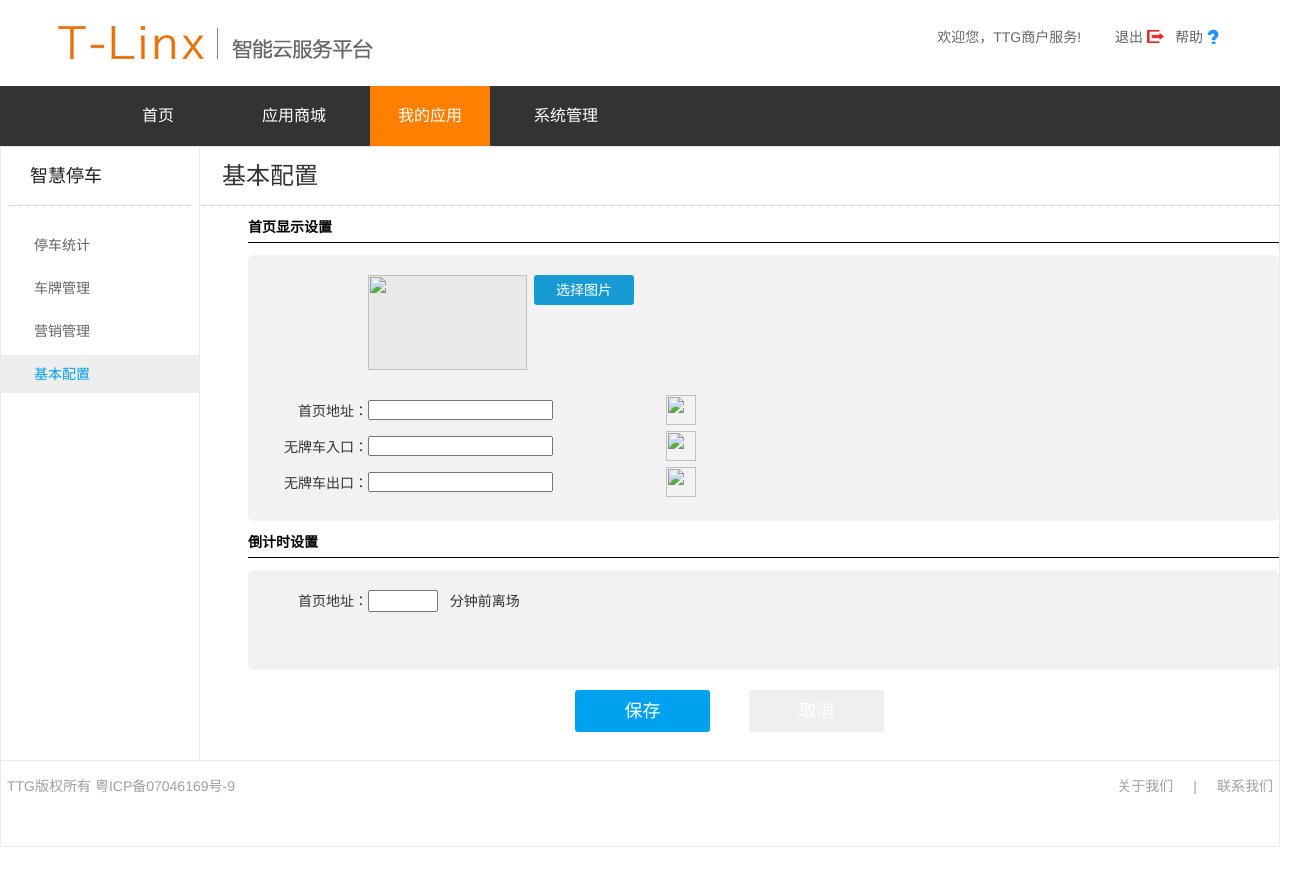
Repository: Keori/ParkCar
Page: admin/商户云/智慧停车/Basic.html
These files come from the project's save history. The page is drawn as it stood at one moment and after the next save; the edit follows.
The browser window is 1280 px wide. The page is 1293 px wide, so the pictures cover 1293 px, including what lies to the right of the window. The pictures show the whole page.
The page's requests for data from a server got no answer.

Above is the page before, as saved 2018-12-26 09:50:56.

### admin/商户云/智慧停车/Basic.html
<!DOCTYPE html>
<html lang="en">
<head>
    <meta charset="utf-8">
    <meta name="viewport" content="initial-scale=1.0,width=device-width" />
    <meta name="keywords" content="" />
    <meta name="description" content="" />
    <title>会员卡</title>
    <link href="../css/reset.css" type="text/css" rel="stylesheet"/>
    <link href="../css/layout.css" type="text/css" rel="stylesheet"/>
    <script type="text/javascript" src="../js/jquery-3.1.1.min.js"></script>
    <script type="text/javascript" src="../js/vue.js"></script>
</head>
<body>
<header class="header index_header">
    <div class="top w1170">
        <div class="logo"><i></i><img src="../images/logo.jpg" alt=""/></div>
        <div class="top_right">欢迎您，TTG商户服务! <span class="icon out_icon"><a href="">退出<code></code></a></span><span class="icon help_icon"><a href="">帮助<code></code></a></span></div>
    </div>
    <menu class="menu">
        <div class="w1170">
            <ul>
                <li><a href="">首页</a></li>
                <li><a href="">应用商城</a></li>
                <li class="on"><a href="">我的应用</a></li>
                <li><a href="">系统管理</a></li>
            </ul>
        </div>
    </menu>
</header>
<section id="content" class="content content1170">
    <aside class="left_con">
        <div class="left_con_tit borderb">智慧停车</div>

        <ul>
            <li><a href="ParkComputed.html">停车统计</a></li>
            <li><a href="ParkManage.html">车牌管理</a></li>
            <li>
                <h1><a class='pagetitle' href="javascript:;" @click='ManageType'>营销管理</a><i></i></a>
                <div class='secondary' v-show='type'>
                    <h2 :class="{active:changeGray===1}" @click='change(1)'>
                        <a class='nextselect' href="Manage.html">
                            <span class='blockText'>模板类型</span>
                        </a>
                    </h2>
                    <h2 :class="{active:changeGray===2}" @click='change(2)'>
                        <a class='nextselect' href="Manage2.html">
                            <span class='blockText'>广告类型</span>
                        </a>
                    </h2>
                </div>
            </li>
            <li class="on"><a href="">基本配置</a></li>
        </ul>
    </aside>
    <section id="boxRight" class="boxRight">
        <div class="boxRight_tit f1 borderb">基本配置</div>
        <div class="block">
            <div class="borderc">
                <h1>首页显示设置</h1>
            </div>
            <div class="middle-block">
                <article class="boxRightCon">
                    <ul class="sel_mod">
                        <li>
                            <span class="name sel_th2"></span>
                            <div class="selectionDisplay" id="preview"><img :src="InfoUpdate.Imgshow" alt=""></div>
                            <!--  -->
                            <div class="formInlineBlock jb_btn filePic"><input @change="upImg($event,'front')" name="file" type="file" id="filepic" value='' accept="image/png, image/jpeg, image/gif, image/jpg"/><label for="filepic" class="changeColor" >选择图片</label></div></li>
                        </li>
                        <li class="None">
                            <span>首页地址：</span><input type="text" :placeholder='UserDetails.attr1Url' v-model='InfoUpdate.attr1Url'>
                            <span><img :src="QRcode" alt="" :class="{'active':isChoose===1}" @click='imgScc(1)'/></span>
                        </li>
                        <li class="None">
                            <span>无牌车入口：</span><input type="text" :placeholder='UserDetails.attr2Url' v-model='InfoUpdate.attr2Url'>
                            <span><img :src="QRcode" alt="" :class="{'active':isChoose===2}" @click='imgScc(2)'/></span>
                        </li>
                        <li class="None">
                            <span>无牌车出口：</span><input type="text" :placeholder='UserDetails.attr3Url' v-model='InfoUpdate.attr3Url'>
                            <span><img :src="QRcode" alt="" :class="{'active':isChoose===3}" @click='imgScc(3)'/></span>
                        </li>
                    </ul>
                    <div class="clear"></div>
                </article>
            </div>
        </div>
        <div class="block">
            <div class="borderc">
                <h1>倒计时设置</h1>
            </div>
            <div class="middle-block1">
                <article class="boxRightCon">
                    <ul class="sel_mod">
                        <li class="None">
                            <span>首页地址：</span><input class="short" type="text" :placeholder="UserDetails.countdownTime" v-model='InfoUpdate.countdownTime'/>&nbsp&nbsp&nbsp<p>分钟前离场</p>
                        </li>
                    </ul>
                    <div class="clear"></div>
                </article>
            </div>
        </div>
        <div class="vip_btn center">
            <div class="btn fabu_btn"><input name="button" type="button" value="保存" @click='saveUpdata'/></div>
            <div class="btn save_btn"><input name="button" type="button" value="取消"/></div>
        </div>
        <div class='tire' v-if='hide'>
            <div class='blockTire'>
                <div class='headers'><a href="javascript:;" @click='sure'><span><img src="../images/fork2.png" alt=""></span></a></div>
                <div class='middles'>已存档</div>
                <div class='footers' @click='sure'><a href="javascript:;">确认</a></div>
            </div>
        </div>
    </section>
    <footer class="footer">
        <div class="w1000">
            <p class="footer_a fl">TTG版权所有   粤ICP备07046169号-9</p>
            <p class="footer_b fr"><a href="">关于我们</a>|<a href="">联系我们</a></p>
        </div>
    </footer>
</section>
<script type="text/javascript">
new Vue({
    el: '#content',
    data(){
        return{
            hide: false,
            isChoose: [],
            changeGray: '',
            type: false,
            QRcode: '',
            UserDetails: [],
            revisionUser: [],
            update: [],
            Img: '',
            formData: new FormData(),
            InfoUpdate:{
                id: '',
                attr1Url: '',
                attr2Url: '',
                attr3Url: '',
                countdownTime: '',
                Imgshow: '',
            }
        }
    },
    methods:{
        sure(){
            this.hide = false
        },
        imgScc(num) {
            this.isChoose = num
        },
        ManageType(){
            if(this.type === false){
                this.type = true
            }else{
                this.type = false
            }
        },
        change(num){
            this.changeGray = num
        },
        saveUpdata(){
            let params = JSON.stringify(this.InfoUpdate)
            //商户基本配置UPDATE
            $.ajax({
                url: 'http://q214e81040.iask.in:32642/merchant/setting/update',
                type: 'patch',
                contentType: 'application/json;charset=uft-8',
                data: params,
                statusCode:{
                    404:() => {
                        alert('网络错误')
                    }
                },
                success:(params) => {
                    this.update = params
                    this.hide = true
                }
            })
        },
        upImg($event,type){
				var that = this;
				// 阻止默认事件
				event.preventDefault();
				var file = event.target.files[0];
				var percentage;
				if(file.size > 52428800) {
					return false;
				} else if(file.size < 51200) {
					percentage = .7
				} else if(file.size > 307200) {
					percentage = .4
				} else {
					percentage = .5
				}
				var reader = new FileReader();
				reader.readAsDataURL(file);
				reader.onload = function(e) {
					var canvas = document.createElement('canvas');
					var cxt = canvas.getContext('2d');
					var img = new Image();
					img.src = this.result;
					img.onload = function() {
						var w = img.width;
						var h = img.height;
						canvas.width = w;
						canvas.height = h;
						cxt.drawImage(img, 0, 0, w, h);
						//获取base64路径
						var basestr = canvas.toDataURL(file.type, percentage);
						var text = window.atob(basestr.split(",")[1]);
						var buffer = new Uint8Array(text.length);
						for(var i = 0; i < text.length; i++) {
							buffer[i] = text.charCodeAt(i);
						}
						var blob = getBlob([buffer], file.type);
						that.formData.set('file',blob,file.name); //传文件到formdata
						var Form = that.formData;
                        $.ajax({
                            url:'http://q214e81040.iask.in:32642/sys/util/upload',
                            type: 'post',
                            data: Form,
                            contentType: false,
                            processData: false,
                            statusCode:{
                                404:() => {
                                    alert('网络错误')
                                }
                            },
                            success: (params) => {
                                that.Img = params.data
                                let data1 = JSON.stringify({"filename":that.Img})
                                //工具接口SHOWIMG
                                var url = 'http://q214e81040.iask.in:32642/sys/util/showimg';
                                var xhr = new XMLHttpRequest();
                                xhr.open('post', url, true);
                                xhr.responseType = "blob";
                                xhr.setRequestHeader("Content-type","application/json;charset=UTF-8");
                                xhr.onload = function() {
                                    if (this.status == 200) {
                                        var blob = this.response;
                                        that.InfoUpdate.Imgshow= window.URL.createObjectURL(blob)
                                    }
                                }
                                xhr.send(data1);
                            }
                        })
					}
				}
			},
            blobToDataURL(blob, callback) {
                let a = new FileReader();
                a.onload = function (e) { callback(e.target.result); }
                a.readAsDataURL(blob);
            }
    },
    created(){
        let params = {}
        //商户基本配置INFO
        $.ajax({
            url: 'http://q214e81040.iask.in:32642/merchant/setting/info',
            type: 'get',
            statusCode:{
                404:() => {
                    alert('网络错误')
                }
            },
            success:(params) => {
                this.UserDetails = params.data
                console.log(this.UserDetails);
                //工具接口SHOWQRCODE
                let param = JSON.stringify(this.UserDetails)
                $.ajax({
                    url: 'http://q214e81040.iask.in:32642/sys/util/showqrcode',
                    type: 'get',
                    contentType: 'application/json;charset=uft-8',
                    statusCode:{
                        404:() => {
                            alert('网络错误')
                        }
                    },
                    success:(params) => {
                        this.QRcode = params
                        console.log(this.QRcode)
                    }
                })
            }
        })
    }
})
	/**
	 * 获取blob对象的兼容性写法
	 * @param buffer
	 * @param format
	 * @returns {*}
	 */
    function getBlob(buffer, format) {
		try {
			return new Blob(buffer, {
				type: format
			});
		} catch(e) {
			var bb = new(window.BlobBuilder || window.WebKitBlobBuilder || window.MSBlobBuilder);
			buffer.forEach(function(buf) {
				bb.append(buf);
			});
			return bb.getBlob(format);
		}
	}
</script>
</body>
<style>
.tire{
    position: absolute;
    width: 100%;
    height: 100%;
    top: 0;
    left: 0;
    margin: auto;
    z-index: 999;
}
.blockTire{
    position: absolute;
    width: 404px;
    height: 233px;
    top: 0;
    bottom: 0;
    left: 0;
    right: 0;
    margin: auto;
    border-radius: 5px;
    background: #FFFFFF
}
.headers{
    width: 100%;
    height: 36px;
    line-height: 36px;
    border-radius: 5px 5px 0 0;
    background: -webkit-linear-gradient(top,#169BD5 , #78C3F3)
}
.headers:hover{
    background: rgb(5, 112, 158)
}
.headers span{
    position: absolute;
    display: block;
    width: 23px;
    height: 23px;
    right: 12px;
    line-height: 46px;
}
.headers span>img{
    width: 100%;
    height: 100%;
    transition: all .5s
}
.headers span>img:hover{
    transform: rotateY(360deg);
    transition: all .5s
}
.middles{
    width: 100%;
    height: 150px;
    text-align: center;
    line-height: 150px
}
.footers{
    width: 100%;
    height: 55px;
    text-align: center;
    line-height: 55px;
    border-radius:0 0 5px 5px;
    background: #169BD5;
}
.footers a{
    display: block;
    width: 100%;
    height: 55px;
    color: #FFFFFF;
}
.footers a:hover{
    background: rgb(5, 112, 158)
}
.nextselect{
    font-size: 14px;
}
.active{
    background: #EEEEEE
}
.blockText{
    display: block;
    width: 130px;
    height: 37.6px;
    margin: auto;
}

.block{
    padding: 0 0 0 48px;
}
.None{
    display: flex;
    margin: 0 0 16px 0;
}
.None span{
    display: block;
    width: 100px;
    text-align: right;
}
.None span:nth-of-type(2){
    position: absolute;
    width: 30px;
    height: 30px;
    left: 666px;
}
.None span:nth-of-type(2) img{
    width: 100%;
    height: 100%;
    transform: scale(1);
    transition: all ease 0.5s;
    margin: -5px 0 0 0;
}
.None span:nth-of-type(2) img.active {
    transform: scale(3);
    position: absolute;
    z-index: 100;
}
.short{
    width: 66px;
    height: 18px;
    text-align: center;
}
input::-webkit-input-placeholder{
    color: #000000;
    text-align: center;
    line-height: 18px;
}
h1{
    font-size: 14px;
}
.borderc{
    padding: 10px 0 6px 0;
    border-bottom: 1px solid #000000;
    color: #000000;
}
.middle-block{
    width: 100%;
    height: 266px;
    margin-top: 12px;
    background: #F2F2F2;
    border-radius: 6px;
}
.middle-block1{
    width: 100%;
    height: 100px;
    margin-top: 12px;
    background: #F2F2F2;
    border-radius: 6px;
}
.sel_mod>li:first-child{
    display: flex;
    margin: 0 0 30px 0;
}
.sel_mod a{
    line-height: 25px;
}
.changeColor{
    background: #169BD5 !important;
}
.name{
    display: block;
    width: 100px;
}
.photo{
    display: block;
    width: 200px;
    height: 100px;
    background: rgba(233,233,233,0.6);
    color: #A399A3;
    text-align: center;
    line-height: 100px;
}
.file {
    display: inline-block;
    background: #169BD5;
    border: 1px solid #99D3F5;
    border-radius: 4px;
    padding: 4px 12px;
    overflow: hidden;
    color: #FFFFFF;
    text-decoration: none;
    text-indent: 0;
    line-height: 25px;
    text-align: center;
    margin-left: 12px;
    width: 75px;
    height: 25px;
    font-size: 12px;
}
.file input {
    position: absolute;
    font-size: 100px;
    right: 0;
    top: 0;
    opacity: 0;
}
.file:hover {
    background: #AADFFD;
    border-color: #78C3F3;
    color: #FFFFFF;
    text-decoration: none;
}
</style>
</html>

Loaded but not shown: admin/商户云/js/jquery-3.1.1.min.js (library); admin/商户云/js/vue.js (library); admin/商户云/css/layout.css (845 lines, source omitted); admin/商户云/css/reset.css (322 lines, source omitted)

After the next save:
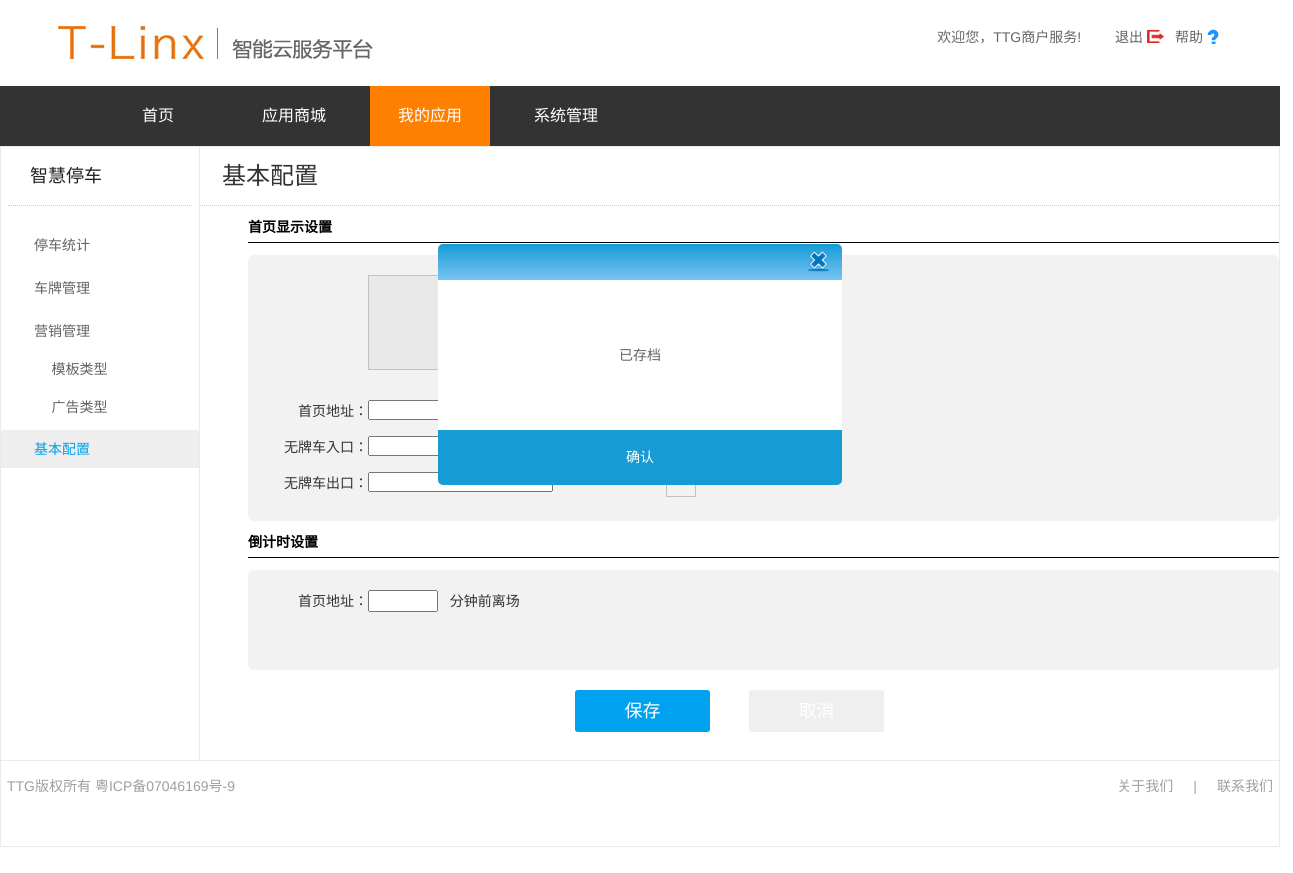
Console error: SyntaxError: Unexpected token ')'
Saved 2 min 39 s later.
--- a/admin/商户云/智慧停车/Basic.html
+++ b/admin/商户云/智慧停车/Basic.html
@@ -268,6 +268,43 @@
                 }
             },
             success:(params) => {
+                var that = this;
+				// 阻止默认事件
+				event.preventDefault();
+				var file = event.target.files[0];
+				var percentage;
+				if(file.size > 52428800) {
+					return false;
+				} else if(file.size < 51200) {
+					percentage = .7
+				} else if(file.size > 307200) {
+					percentage = .4
+				} else {
+					percentage = .5
+				}
+				var reader = new FileReader();
+				reader.readAsDataURL(file);
+				reader.onload = function(e) {
+					var canvas = document.createElement('canvas');
+					var cxt = canvas.getContext('2d');
+					var img = new Image();
+					img.src = this.result;
+					img.onload = function() {
+						var w = img.width;
+						var h = img.height;
+						canvas.width = w;
+						canvas.height = h;
+						cxt.drawImage(img, 0, 0, w, h);
+						//获取base64路径
+						var basestr = canvas.toDataURL(file.type, percentage);
+						var text = window.atob(basestr.split(",")[1]);
+						var buffer = new Uint8Array(text.length);
+						for(var i = 0; i < text.length; i++) {
+							buffer[i] = text.charCodeAt(i);
+						}
+						var blob = getBlob([buffer], file.type);
+						that.formData.set('file',blob,file.name); //传文件到formdata
+						var Form = that.formData;
                 this.UserDetails = params.data
                 console.log(this.UserDetails);
                 //工具接口SHOWQRCODE

After the 2 saves that followed:
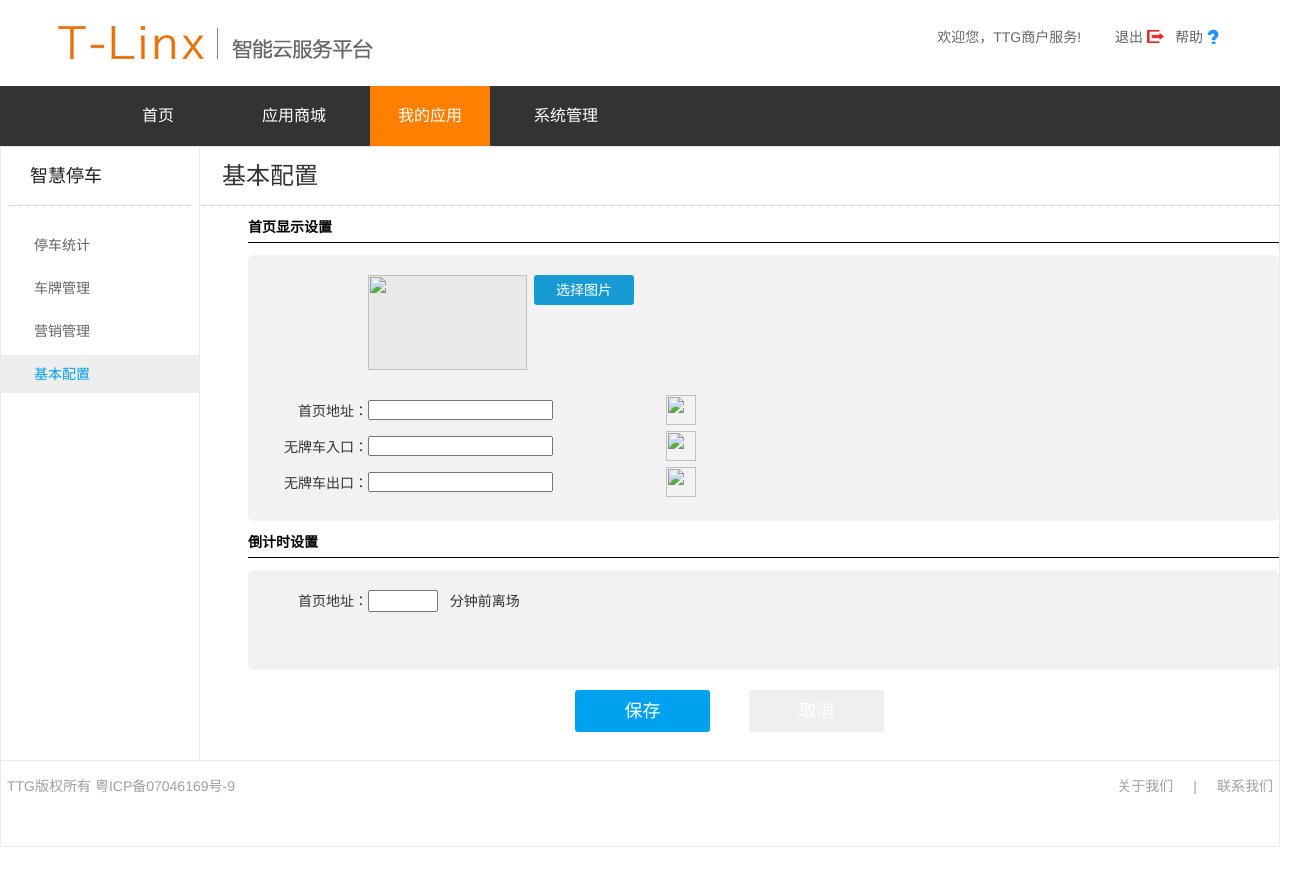
The error is gone.
The 2 saves are shown as one change because they came seconds apart.
The last was saved 25 s later.
--- a/admin/商户云/智慧停车/Basic.html
+++ b/admin/商户云/智慧停车/Basic.html
@@ -268,47 +268,12 @@
                 }
             },
             success:(params) => {
-                var that = this;
-				// 阻止默认事件
-				event.preventDefault();
-				var file = event.target.files[0];
-				var percentage;
-				if(file.size > 52428800) {
-					return false;
-				} else if(file.size < 51200) {
-					percentage = .7
-				} else if(file.size > 307200) {
-					percentage = .4
-				} else {
-					percentage = .5
-				}
-				var reader = new FileReader();
-				reader.readAsDataURL(file);
-				reader.onload = function(e) {
-					var canvas = document.createElement('canvas');
-					var cxt = canvas.getContext('2d');
-					var img = new Image();
-					img.src = this.result;
-					img.onload = function() {
-						var w = img.width;
-						var h = img.height;
-						canvas.width = w;
-						canvas.height = h;
-						cxt.drawImage(img, 0, 0, w, h);
-						//获取base64路径
-						var basestr = canvas.toDataURL(file.type, percentage);
-						var text = window.atob(basestr.split(",")[1]);
-						var buffer = new Uint8Array(text.length);
-						for(var i = 0; i < text.length; i++) {
-							buffer[i] = text.charCodeAt(i);
-						}
-						var blob = getBlob([buffer], file.type);
-						that.formData.set('file',blob,file.name); //传文件到formdata
-						var Form = that.formData;
                 this.UserDetails = params.data
                 console.log(this.UserDetails);
-                //工具接口SHOWQRCODE
-                let param = JSON.stringify(this.UserDetails)
+            }
+        })
+         //工具接口SHOWQRCODE
+         let param = JSON.stringify(this.UserDetails)
                 $.ajax({
                     url: 'http://q214e81040.iask.in:32642/sys/util/showqrcode',
                     type: 'get',
@@ -323,8 +288,6 @@
                         console.log(this.QRcode)
                     }
                 })
-            }
-        })
     }
 })
 	/**
